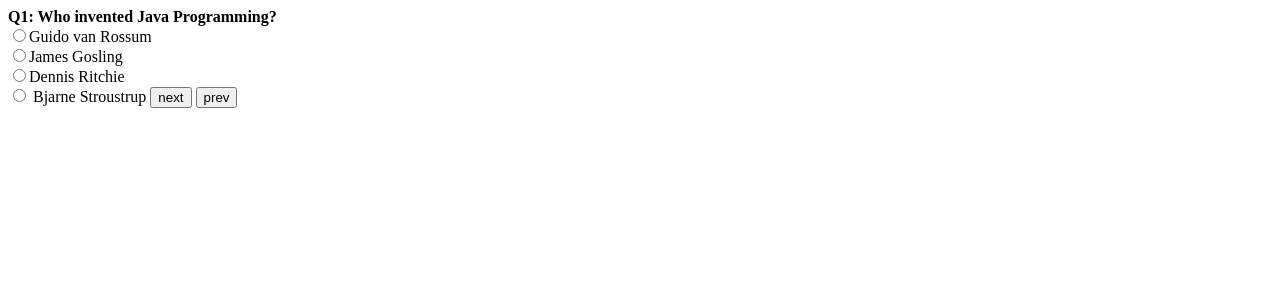
Repository: ravikumar0303/Advance-Java
Page: Assignment/OnlineExam/question.html
An editor plug-in stored every save of this project. The page is shown before and after the next save, followed by the edit.
The browser window is 1280 px wide. The pictures show the whole page.

Above is the page before, as saved 2023-06-23 05:59:14.

After the next save:
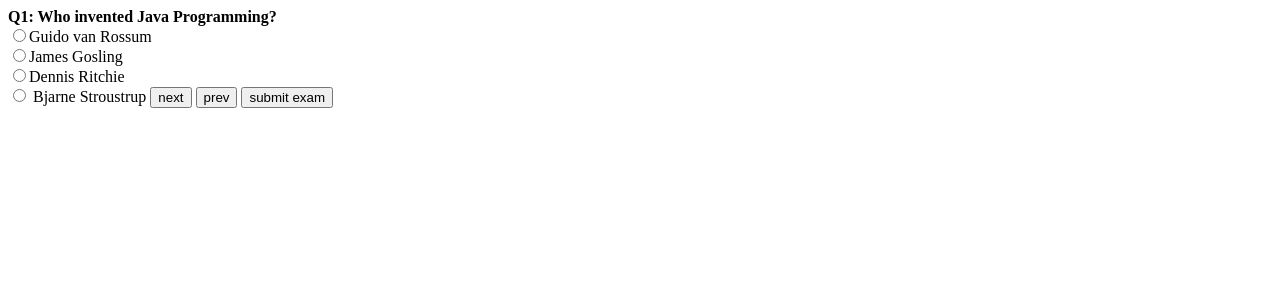
Saved 32 s later.
--- a/Assignment/OnlineExam/question.html
+++ b/Assignment/OnlineExam/question.html
@@ -17,6 +17,7 @@
    <input type="radio" value="op1" name="op1"> Bjarne Stroustrup</input>
    <button type="submit">next</button>
    <button type="submit">prev</button>
+   <button type="submit">submit exam</button>
 </form>
 </td>
 </body>
